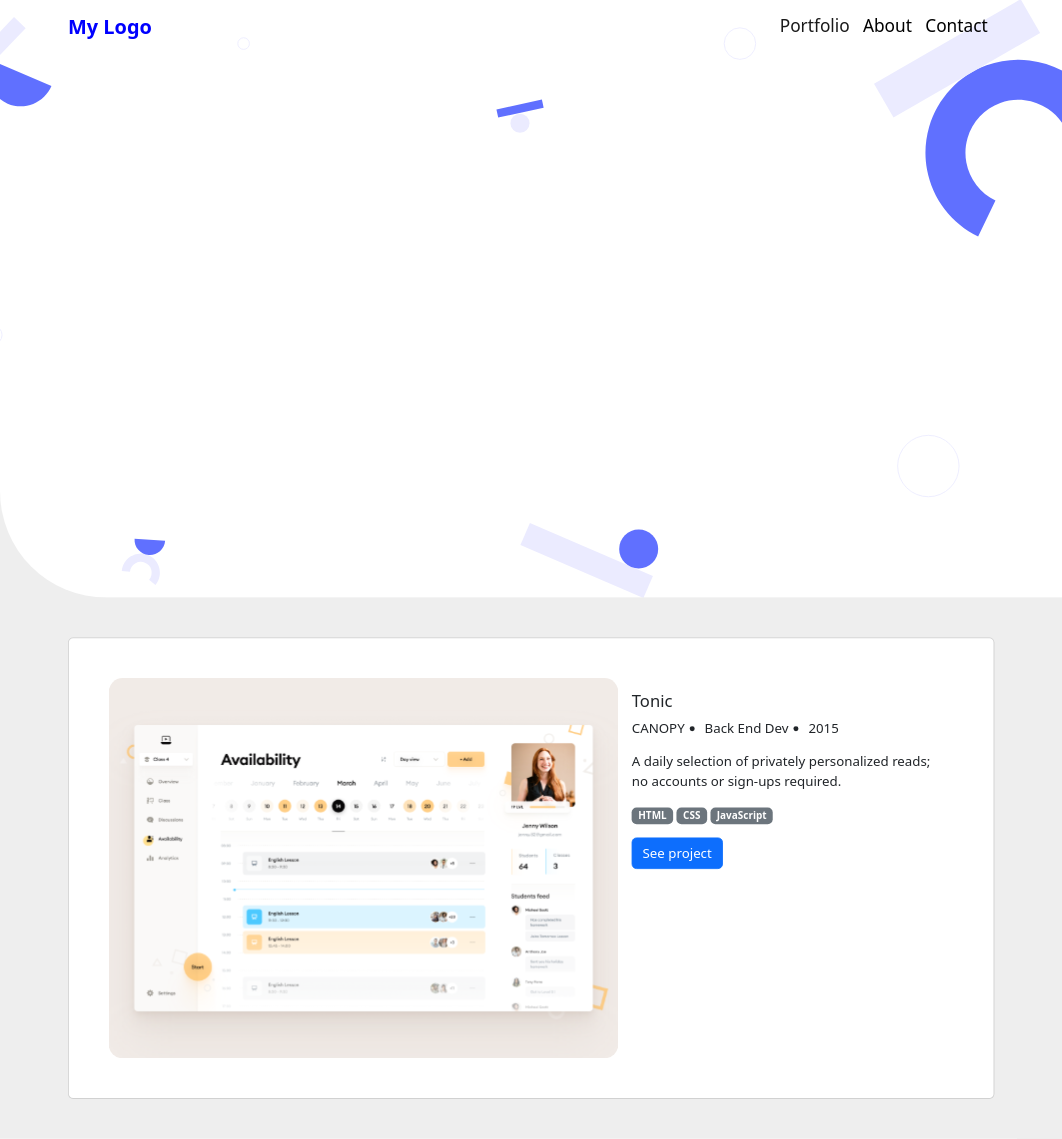
Repository: waelelsafty07/Bootstrap-Portfolio
Page: index.html
These files come from the project's save history. The page is drawn as it stood at one moment and after a run of saves; the edit follows.
The browser window is 1280 px wide. The pictures show the whole page, at 83% of full size.

Above is the page before, as saved 2023-04-04 16:54:10.

### index.html
<!DOCTYPE html>
<html lang="en">
<head>
    <meta charset="UTF-8">
    <meta http-equiv="X-UA-Compatible" content="IE=edge">
    <meta name="viewport" content="width=device-width, initial-scale=1.0">
    <title>Portfolio</title>
    <link rel="stylesheet" href="css/bootstrap.min.css"/>
    <link rel="stylesheet" href="styles.css"/>
</head>
<body>
    <header>
        <nav class="navbar navbar-expand-lg navbar-light">
            <div class="container">
              <a class="navbar-brand" href="#">My Logo</a>
              <button class="navbar-toggler" type="button" data-bs-toggle="collapse" data-bs-target="#navbarNav" aria-controls="navbarNav" aria-expanded="false" aria-label="Toggle navigation">
                <span class="navbar-toggler-icon"></span>
              </button>
              <div class="collapse navbar-collapse flex-row-reverse" id="navbarNav">
                <ul class="navbar-nav">
                  <li class="nav-item">
                    <a class="nav-link active" aria-current="page" href="#">Portfolio</a>
                  </li>
                  <li class="nav-item">
                    <a class="nav-link" href="#">About</a>
                  </li>
                  <li class="nav-item">
                    <a class="nav-link" href="#">Contact</a>
                  </li>
                </ul>
              </div>
            </div>
          </nav>
    </header>
    <main>
      <section id="works" class="works m-5">
        <div class="container">
          <div class="card flex-row p-5">
            <img src="images/Snapshoot Portfolio (1).svg" class="card-img-top" alt="...">
            <div class="card-body">
              <h5 class="card-title">Tonic</h5>
              <ul class="d-flex p-0">
                <li class="list-unstyled">CANOPY</li>
                <li class="ms-4">Back End Dev</li>
                <li class="ms-4">2015</li>
              </ul>
              <p class="card-text">A daily selection of privately personalized reads; no accounts or sign-ups required.</p>
              <ul class="list-unstyled">
                <li class="badge bg-secondary">HTML</li>
                <li class="badge bg-secondary">CSS</li>
                <li class="badge bg-secondary">JavaScript</li>
              </ul>
              <a href="#" class="btn btn-primary">See project</a>
            </div>
          </div>
        </div>
      </section>
    </main>

    <script src="js/bootstrap.bundle.min.js"></script>
</body>
</html>

### styles.css
body {
  background-color: #eee;
}
header {
  background-color: #fff;
  background-image: url("images/Header\ bg.svg");
  background-repeat: no-repeat;
  background-position: center;
  height: 100vh;
  border-bottom-left-radius: 8rem;
}
nav .navbar-brand {
  font-weight: bold;
  font-size: 1.5rem;
  color: blue;
}
nav .nav-link {
  font-weight: 500;
  font-size: 1.3rem;
  color: #000;
}

Loaded but not shown: css/bootstrap.min.css (library); js/bootstrap.bundle.min.js (library)

After the next 2 saves:
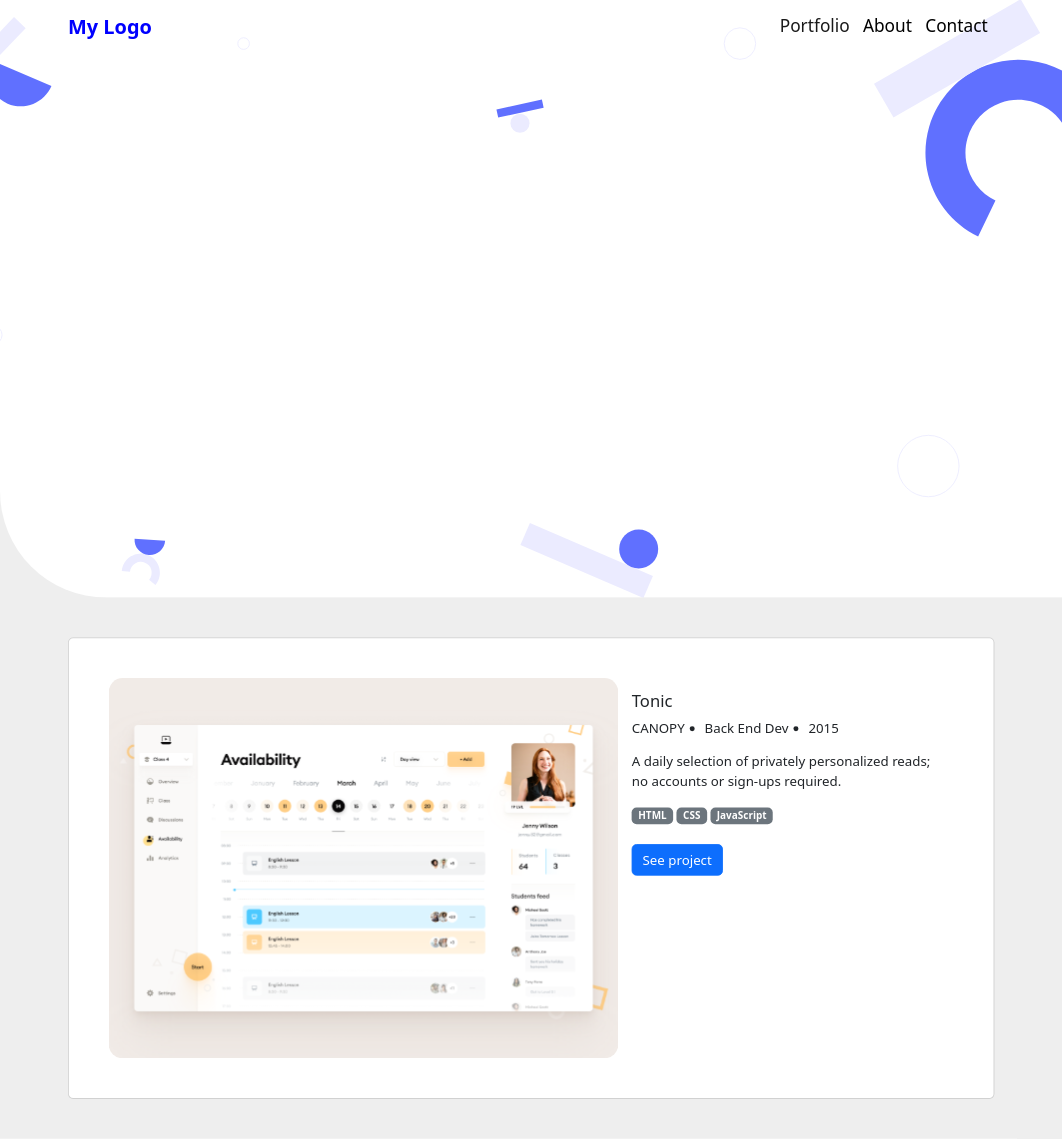
The 2 saves are shown as one change because they came seconds apart.
The last was saved 64 s later.
--- a/index.html
+++ b/index.html
@@ -45,7 +45,7 @@
                 <li class="ms-4">2015</li>
               </ul>
               <p class="card-text">A daily selection of privately personalized reads; no accounts or sign-ups required.</p>
-              <ul class="list-unstyled">
+              <ul class="list-unstyled mb-4">
                 <li class="badge bg-secondary">HTML</li>
                 <li class="badge bg-secondary">CSS</li>
                 <li class="badge bg-secondary">JavaScript</li>
